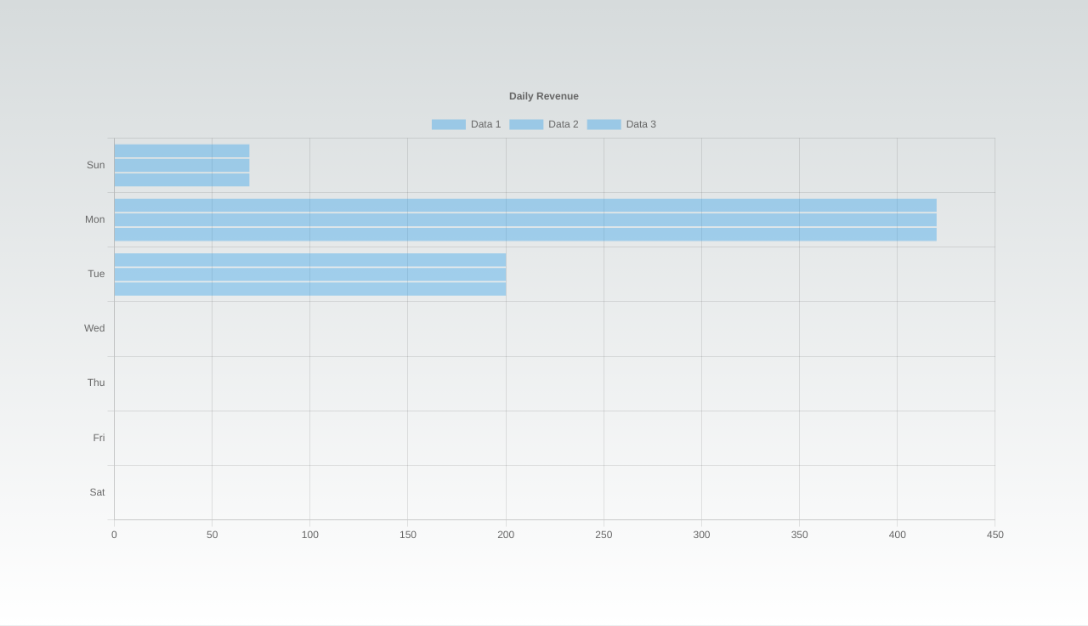
Repository: alemunden/exercise-5
Page: /
An editor plug-in stored every save of this project. The page is shown before and after a run of saves, followed by the edit.
The browser window is 1280 px wide. The pictures show the whole page, at 85% of full size.
The project was rebuilt for these pictures with package versions that can differ from the ones it lists, and the page was loaded fresh each time. The framework's server and built-in components were replaced by stand-ins that run in the browser. Also part of the build but not shown: next.config.js, components/VerticalChart/index.js.

Above is the page before, as saved 2024-04-15 10:40:18.

After the next 2 saves:
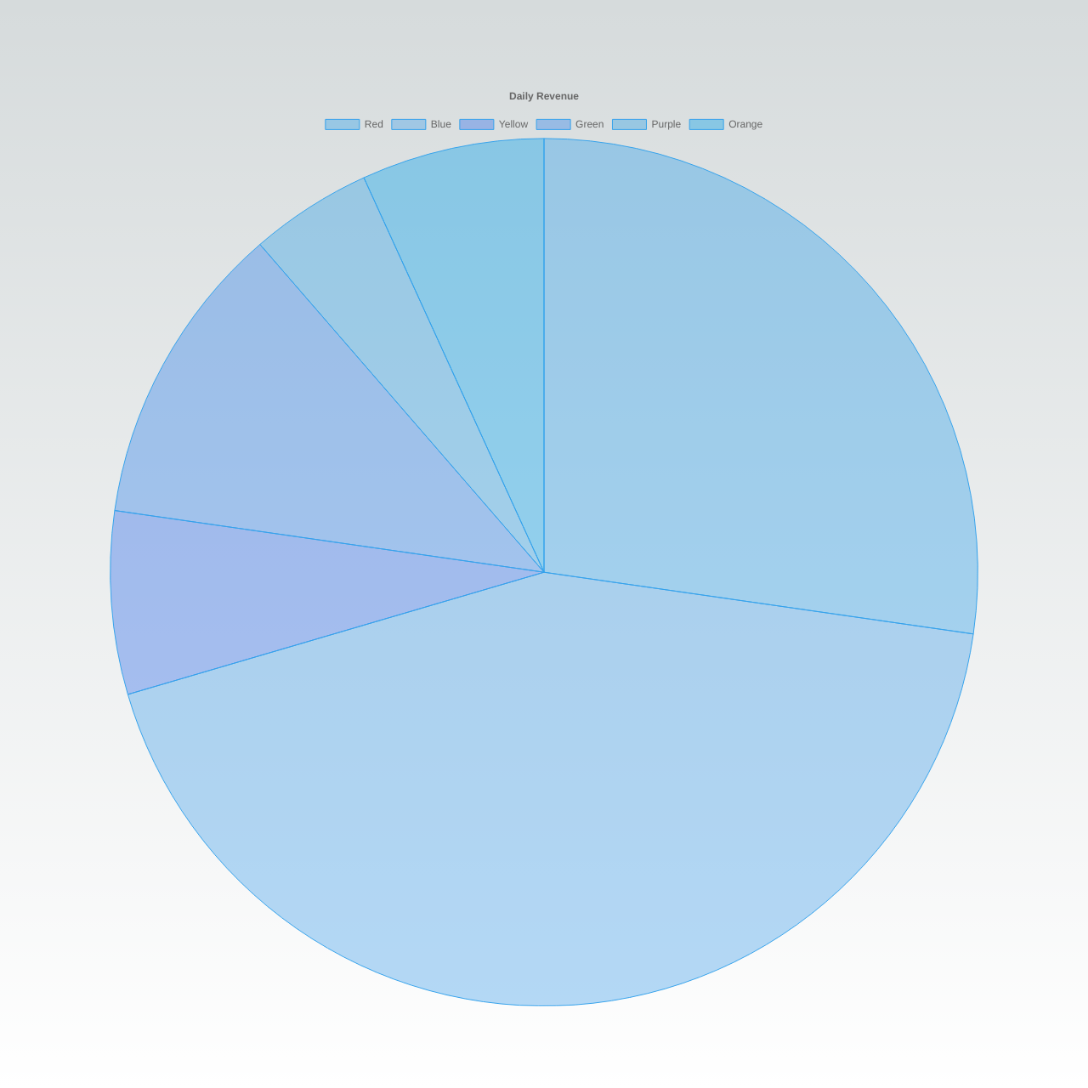
The 2 saves are shown as one change because 1 did not build or start.
The last was saved 19 s later.
--- a/pages/index.js
+++ b/pages/index.js
@@ -7,7 +7,7 @@ export default function Home() {
   return (
     <>
       <main className={`${styles.main}`}>
-        <HorizontalChart/>
+        <PieChart/>
       </main>
     </>
   )
--- a/components/PieChart/index.js
+++ b/components/PieChart/index.js
@@ -1,5 +1,5 @@
 import styles from './PieChart.module.css'
-import { Bar, Line } from 'react-chartjs-2'
+import { Bar, Line, Pie } from 'react-chartjs-2'
 import {
     Chart as ChartJS,
     CategoryScale,
